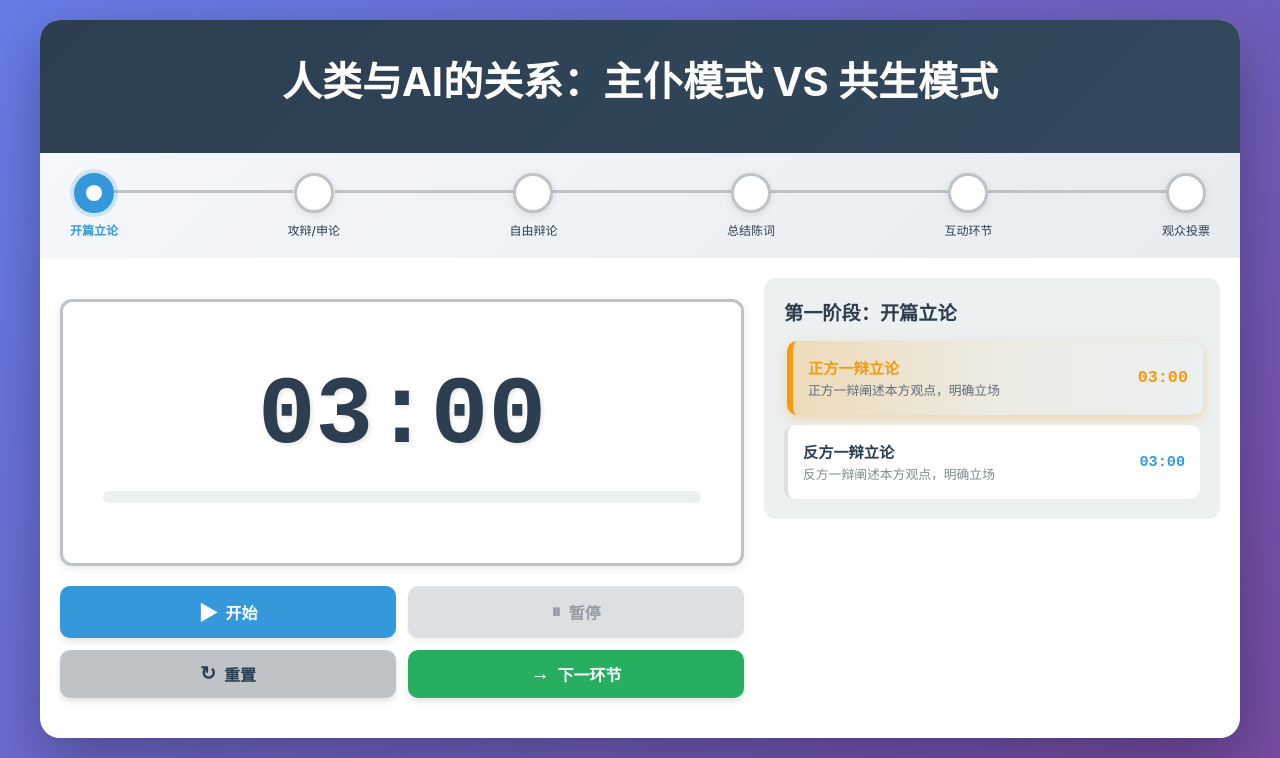
Repository: YannZhao/debate-timer
Page: index.html
An editor plug-in stored every save of this project. The page is shown before and after the next save, followed by the edit.
The browser window is 1280 px wide. The pictures show the whole page.

Above is the page before, as saved 2026-03-19 23:56:26.

After the next save:
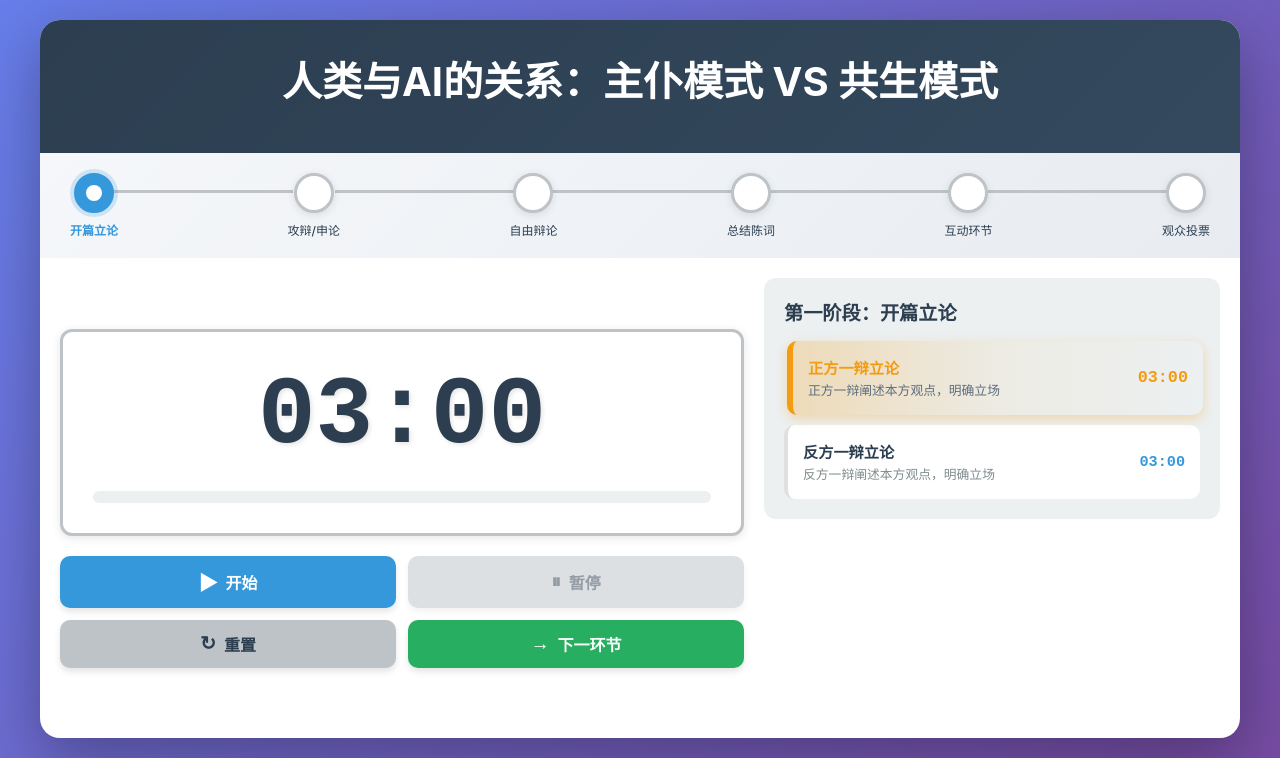
Saved 44 s later.
--- a/styles.css
+++ b/styles.css
@@ -191,7 +191,7 @@ main {
     background: var(--card-bg);
     border: 3px solid var(--border-color);
     border-radius: 12px;
-    padding: 60px 40px;
+    padding: 30px;
     text-align: center;
     box-shadow: var(--shadow);
     display: flex;
